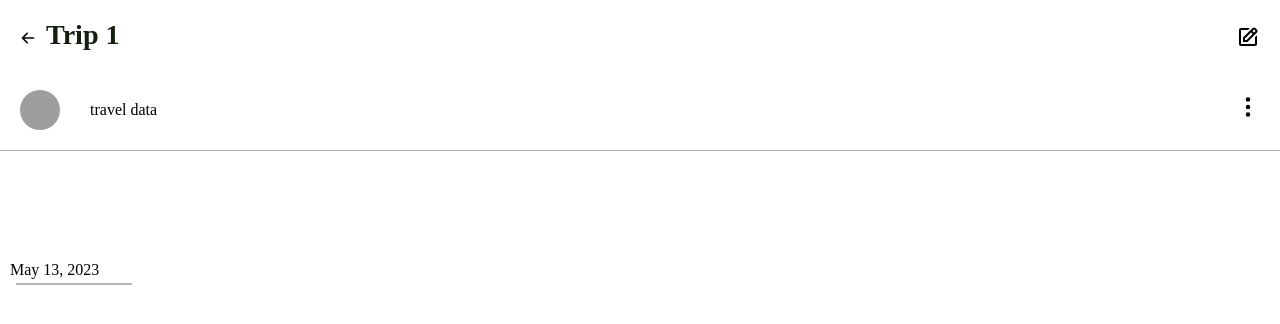
Repository: Abhi2359/PWA_Corider
Page: /
The author's editor kept a copy of each file at every save. The page is drawn from the files as they stood at one save, then again after a run of saves.
The browser window is 1280 px wide. The pictures show the whole page.
Pictures or frames that could not be fetched are drawn as grey boxes. The page's requests for data from a server got no answer. The project was rebuilt for these pictures with package versions that can differ from the ones it lists, and the page was loaded fresh each time. No one was signed in, and anything a server would have sent is missing. Also part of the build but not shown: vite.config.js.

Above is the page before, as saved 2023-05-13 02:42:36.

After the next 4 saves:
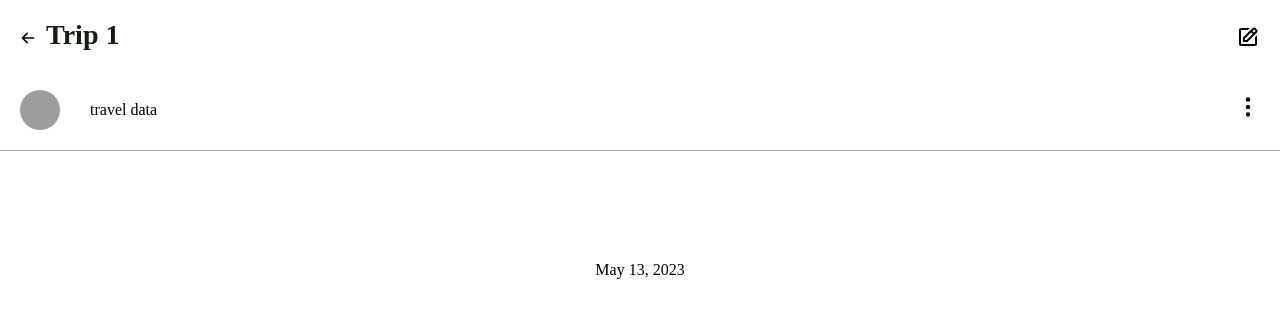
The 4 saves are shown as one change because they came seconds apart.
The last was saved 13 s later.
--- a/src/App.css
+++ b/src/App.css
@@ -77,18 +77,11 @@ color: #141E0D;
   .date_container {
     display: flex;
     align-items: center;
-
   }
 
   .date-line {
     flex-grow: 1;
-    position: absolute;
-    width: 116px;
-    height: 0px;
-    left: 16px;
-    top: 283px;
 
-    border: 1px solid #B7B7B7;
   }
 
   .date {
